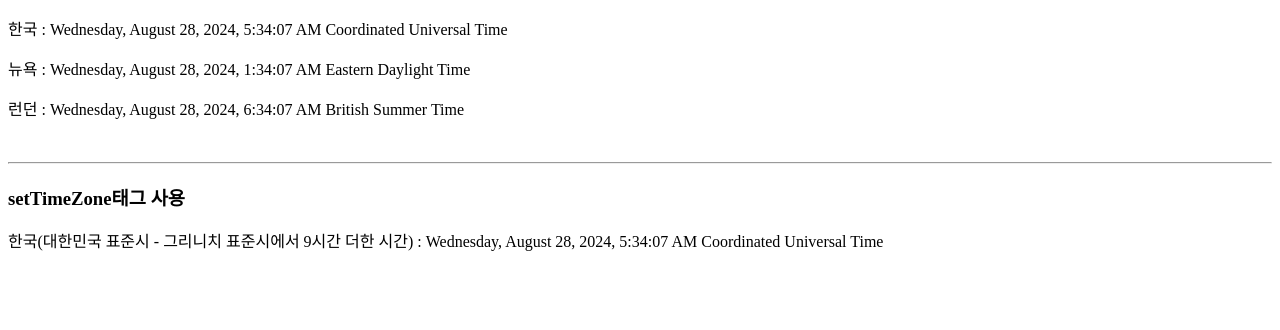
Repository: zhyuk/FullStackStudy
Page: http://localhost/jsptwo/13_02_jstl_fmt05.jsp
An editor plug-in stored every save of this project. The page is shown before and after the next save, followed by the edit.
The browser window is 1280 px wide. The pictures show the whole page.
The page is served by Tomcat 9.

Above is the page before, as saved 2024-08-30 06:42:21.

After the next save:
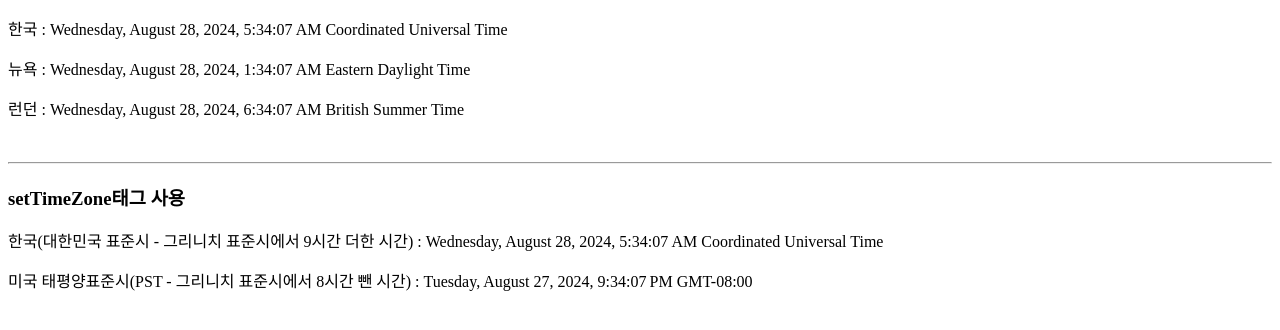
Saved 42 s later.
--- a/jsp/jspwork/jsptwo/src/main/webapp/13_02_jstl_fmt05.jsp
+++ b/jsp/jspwork/jsptwo/src/main/webapp/13_02_jstl_fmt05.jsp
@@ -31,6 +31,8 @@
 
 	<p>
 		<fmt:setTimeZone value="GMT-8"/>
+		미국 태평양표준시(PST - 그리니치 표준시에서 8시간 뺀 시간) :
+		<fmt:formatDate value="${now}" type="both" dateStyle="full" timeStyle="full"/>
 	</p>
 </body>
 </html>
